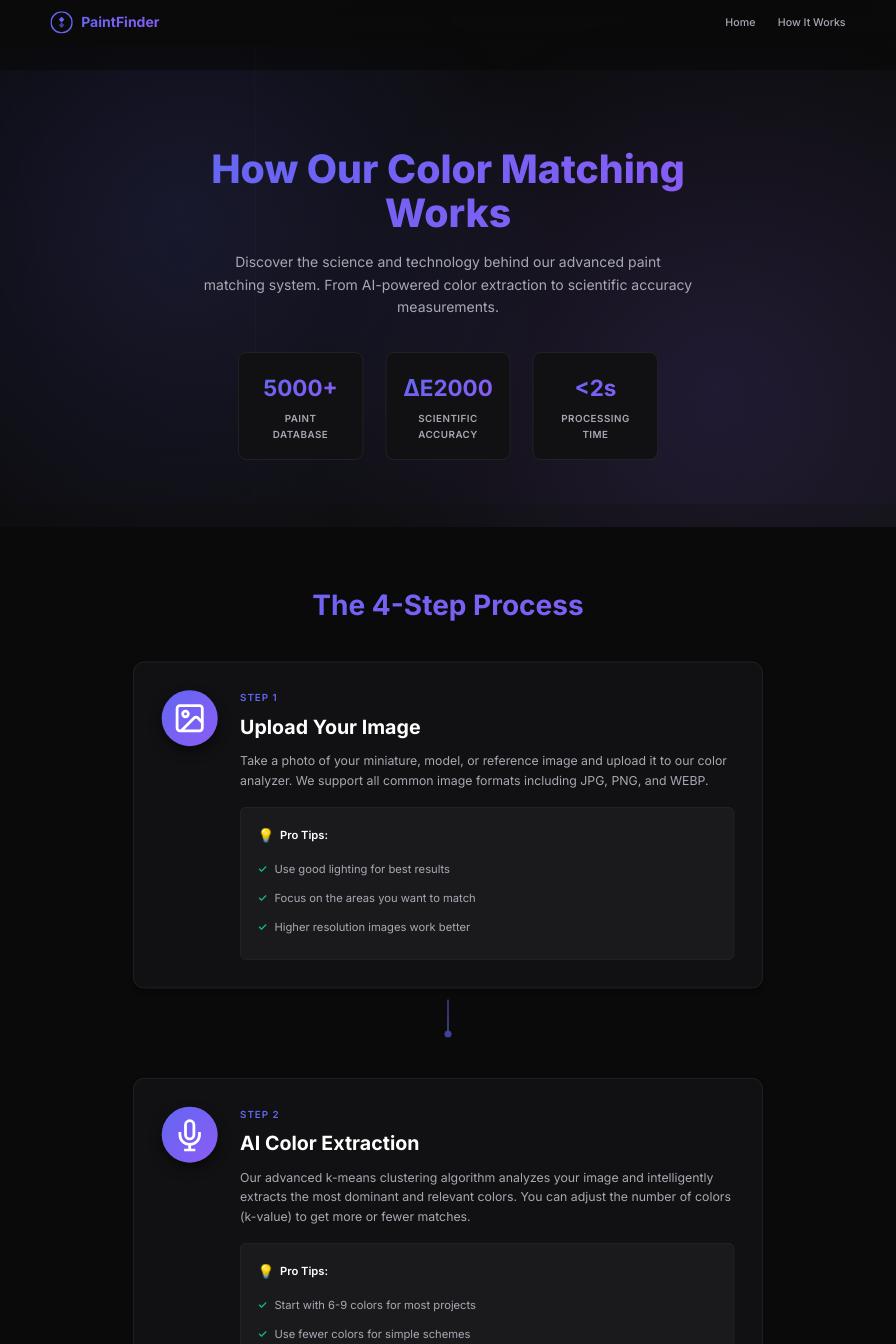
Repository: Aldentec/paint-finder-website
Page: /how-it-works
The author's editor kept a copy of each file at every save. The page is drawn from the files as they stood at one save, then again after the next save.
The browser window is 1280 px wide. The pictures show the part of the page from y = 0 to 1920 px (the page is 6484 px tall before and 6330 px after), at 70% of full size.
The page's requests for data from a server got no answer. The project was rebuilt for these pictures with package versions that can differ from the ones it lists, and the page was loaded fresh each time. No one was signed in, and anything a server would have sent is missing. Also part of the build but not shown: src/components/Hero/Hero.js, src/components/ImageUploader/ImageUploader.css, src/components/ImageUploader/ImageUploader.js, src/components/PaletteDisplay/PaletteDisplay.css, src/components/PaletteDisplay/PaletteDisplay.js, src/components/MatchResults/MatchResults.css, src/components/MatchResults/MatchResults.js, src/components/ShoppingList/ShoppingList.css and 6 more.

Above is the page before, as saved 2025-09-01 15:00:21.

After the next save:
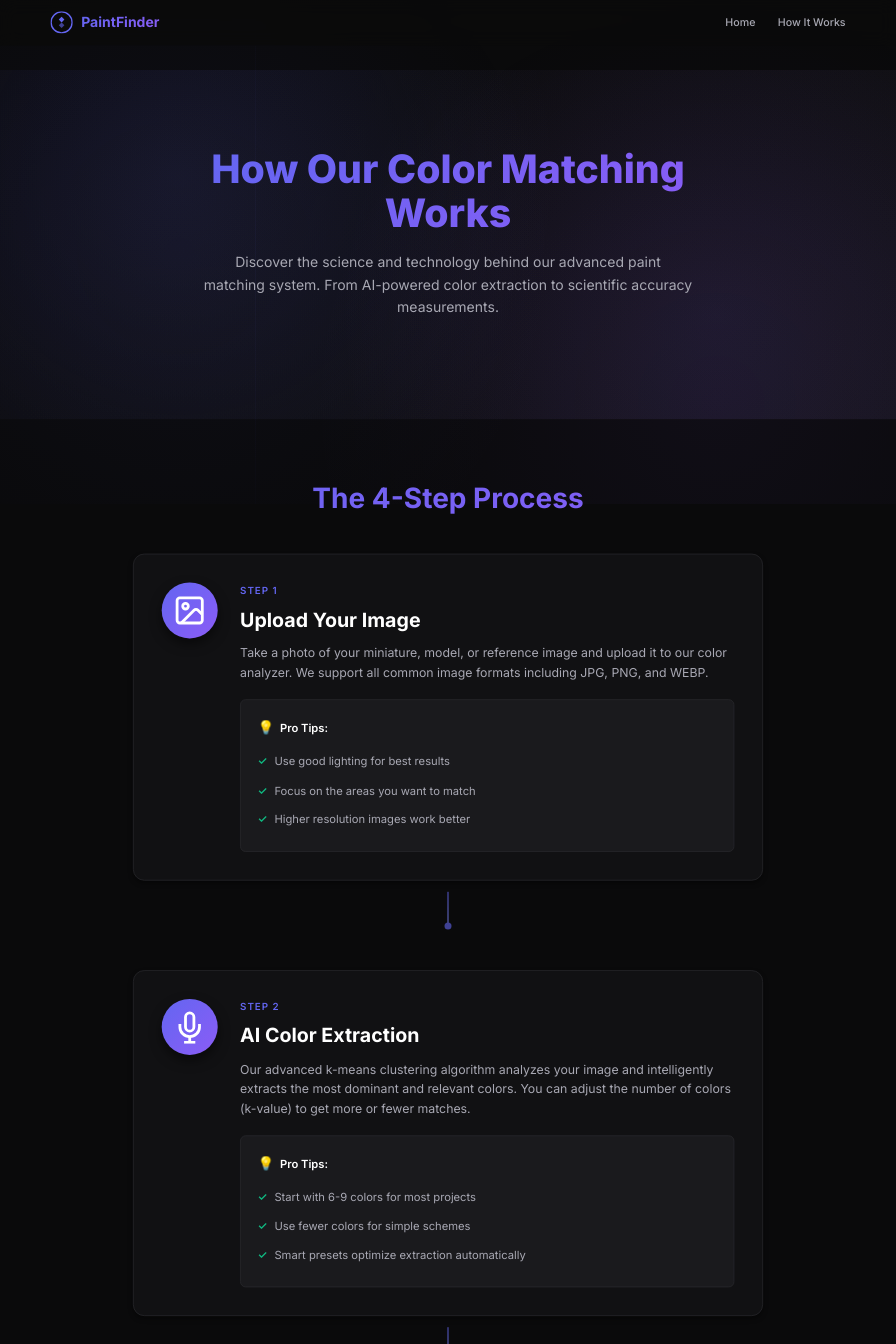
Saved 3 min 31 s later.
--- a/src/components/HowItWorks/HowItWorks.js
+++ b/src/components/HowItWorks/HowItWorks.js
@@ -150,20 +150,6 @@
                 Discover the science and technology behind our advanced paint matching system.
                 From AI-powered color extraction to scientific accuracy measurements.
               </p>
-              <div className="hero-stats">
-                <div className="stat-item">
-                  <div className="stat-number">5000+</div>
-                  <div className="stat-label">Paint Database</div>
-                </div>
-                <div className="stat-item">
-                  <div className="stat-number">ΔE2000</div>
-                  <div className="stat-label">Scientific Accuracy</div>
-                </div>
-                <div className="stat-item">
-                  <div className="stat-number">&lt;2s</div>
-                  <div className="stat-label">Processing Time</div>
-                </div>
-              </div>
             </div>
           </div>
         </section>
